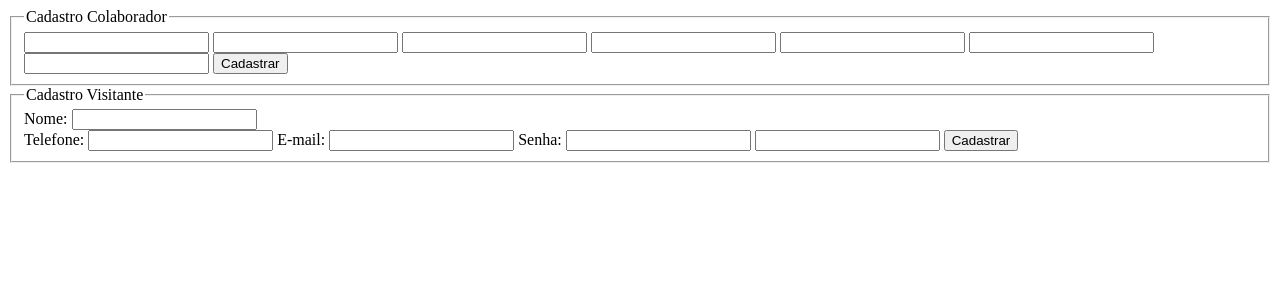
Repository: tdex/cmproject
Page: http://localhost/cmproject/
These files come from the project's save history. The page is drawn as it stood at one moment and after the next save; the edit follows.
The browser window is 1280 px wide. The pictures show the whole page.
The page is served by Tomcat 9.

Above is the page before, as saved 2015-06-16 15:22:03.

After the next save:
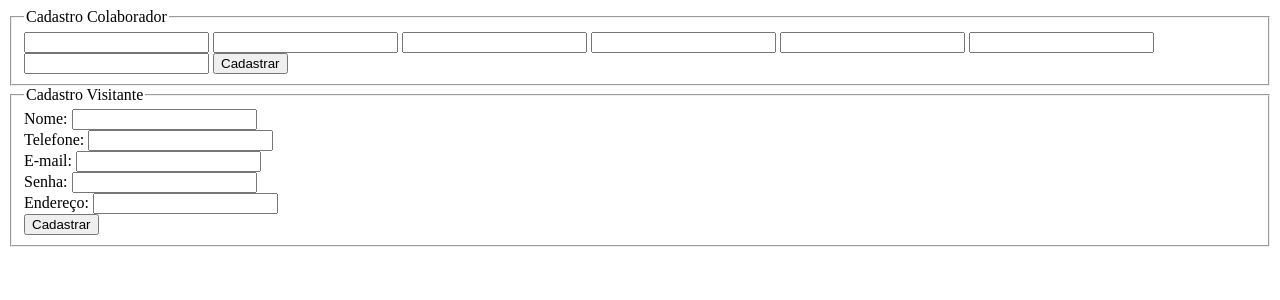
Saved 62 s later.
--- a/codigo/cmproject/cmproject/WebContent/index.jsp
+++ b/codigo/cmproject/cmproject/WebContent/index.jsp
@@ -25,10 +25,10 @@
 		<fieldset>
 			<legend>Cadastro Visitante</legend>
 			<label>Nome: <input type="text" name="nome"></label><br>
-			<label>Telefone: <input type="text" name="telefone"></label>
-			<label>E-mail: <input type="email" name="email"></label>
-			<label>Senha: <input type="password" name="senha"></label>
-			<input type="text" name="endereco">
+			<label>Telefone: <input type="text" name="telefone"></label><br>
+			<label>E-mail: <input type="email" name="email"></label><br>
+			<label>Senha: <input type="password" name="senha"></label><br>
+			<label>Endereço: <input type="text" name="endereco"></label><br>
 			<input type="submit" value="Cadastrar">
 		</fieldset>
 	</form>
